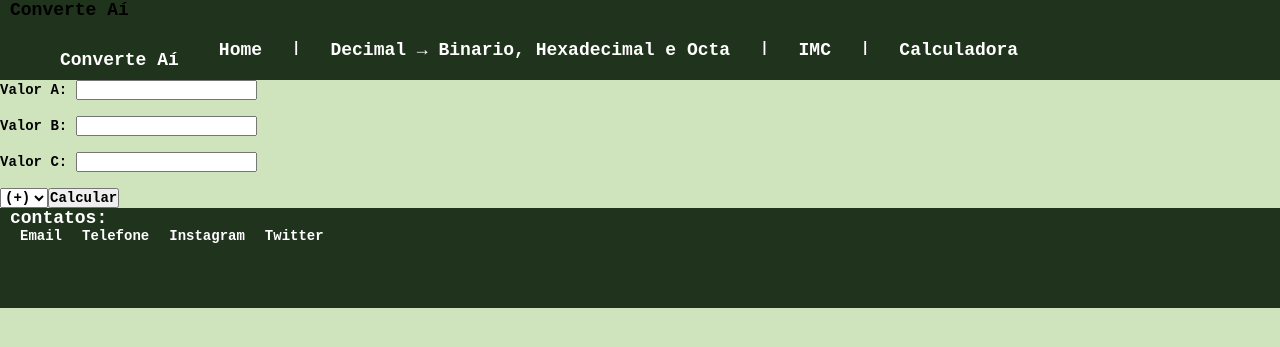
Repository: Frav1u/converteai
Page: ConverteAi/src/main/webapp/META-INF/calculadora.html
An editor plug-in stored every save of this project. The page is shown before and after the next save, followed by the edit.
The browser window is 1280 px wide. The pictures show the whole page.
Some web fonts or font styles are not loaded; a fallback is used.

Above is the page before, as saved 2023-09-30 23:58:38.

After the next save:
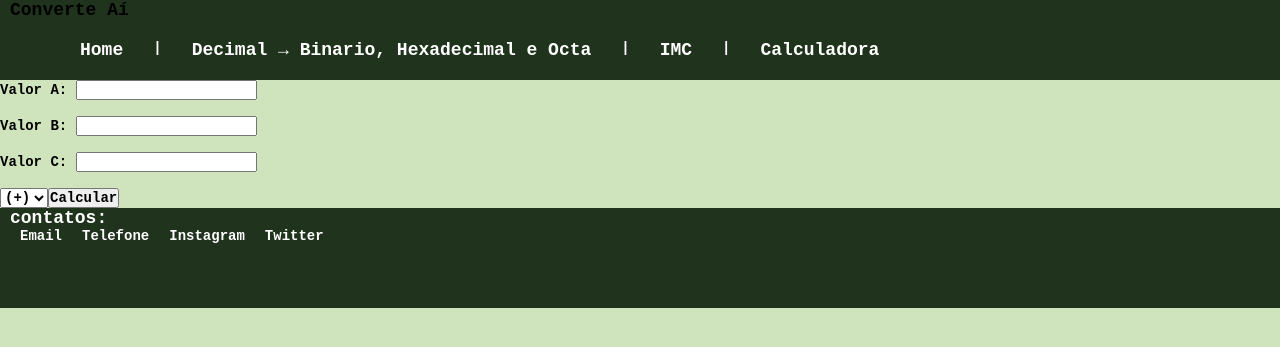
Saved 51 s later.
--- a/ConverteAi/src/main/webapp/META-INF/calculadora.html
+++ b/ConverteAi/src/main/webapp/META-INF/calculadora.html
@@ -13,7 +13,6 @@
 
 		<nav>
 			<ul class="menu">
-				<a>Converte Aí</a>
 				<li><a href="home.html">Home</a></li>
 				<li>  |  </li>
 				<li><a href="decimalParaBinario.html">Decimal → Binario, Hexadecimal e Octa</a></li>
